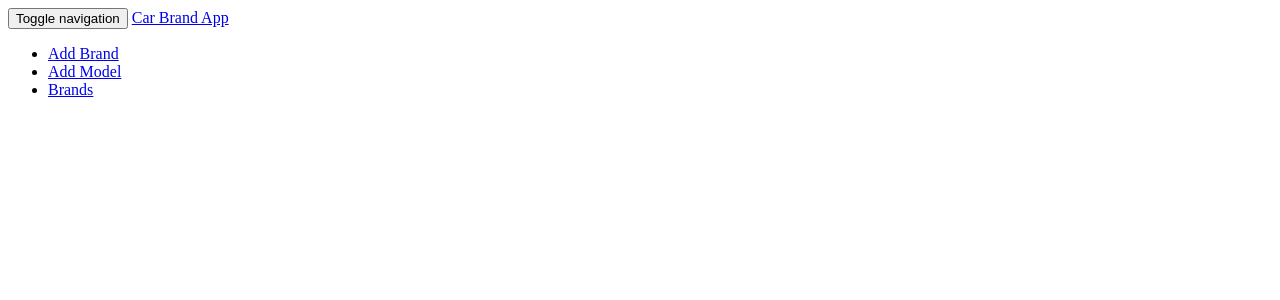
Repository: alupinacci/Finall-Brand-App
Page: http://localhost/nav.php
The author's editor kept a record of every edit. The page is drawn from the files as they stood at one moment, then again after the next edit.
The browser window is 1280 px wide. The pictures show the whole page.
The page is run by PHP 8.4 with error messages shown; the project is at /var/www/html/.

Above is the page before.

After the next edit:
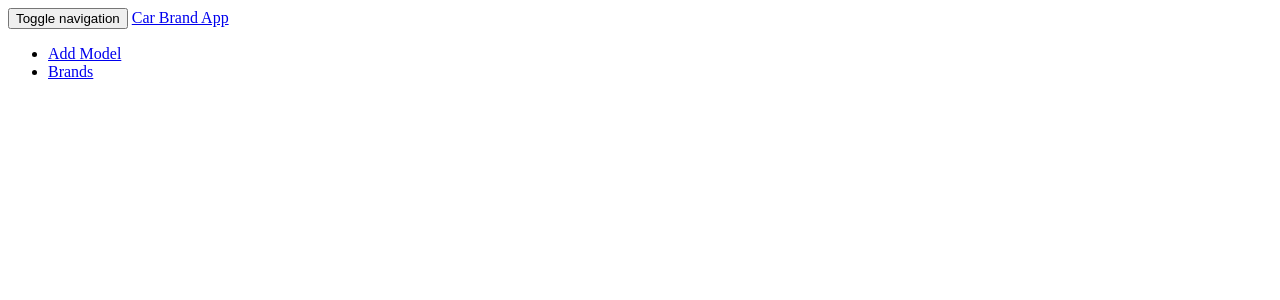
The edit:
--- a/nav.php
+++ b/nav.php
@@ -14,7 +14,7 @@
 
     <div id="navbar" class="collapse navbar-collapse">
       <ul class="nav navbar-nav">
-        <li><a href="brandForm.php"> Add Brand </a></li>
+
         <li><a href="modelForm.php"> Add Model </a></li>
         <li><a href="brandlist1.php"> Brands </a></li>
       </ul>
